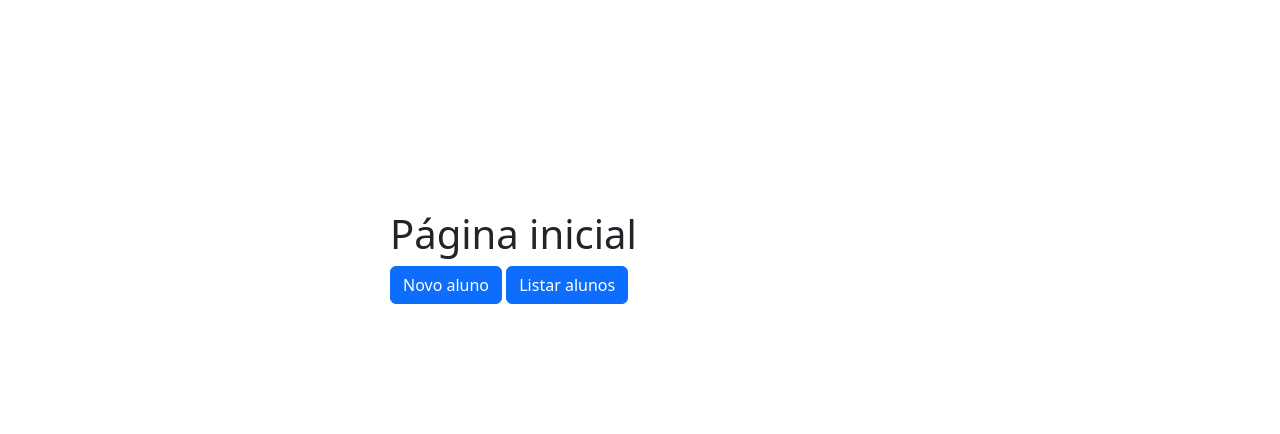
Repository: juliatbarbosa/CRUD-ALUNOS
Page: http://localhost/OlaMundo/alunos/cadastro/index.jsp
These files come from the project's save history. The page is drawn as it stood at one moment and after the next save; the edit follows.
The browser window is 1280 px wide. The pictures show the whole page.
The page is served by Tomcat 9.

Above is the page before, as saved 2024-09-29 21:09:51.

After the next save:
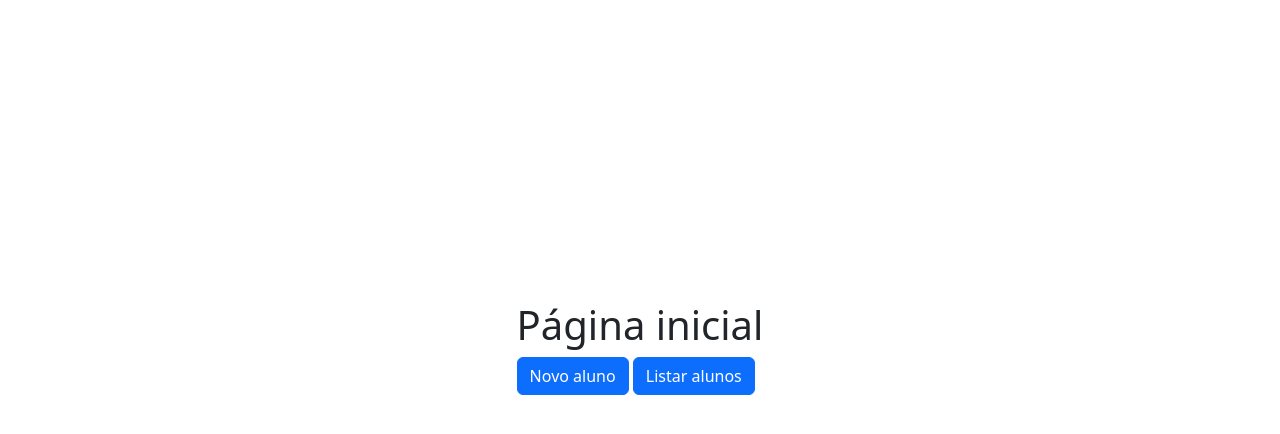
Saved 4 s later.
--- a/OlaMundo/src/main/webapp/alunos/cadastro/index.jsp
+++ b/OlaMundo/src/main/webapp/alunos/cadastro/index.jsp
@@ -18,12 +18,7 @@ body {
 		height: 100vh;
 
 	}
-	.conteudoTela {
-		width: 500px;
-		height: 300px;
 
-
-	}
 
 	button a {
 	text-decoration: none;
